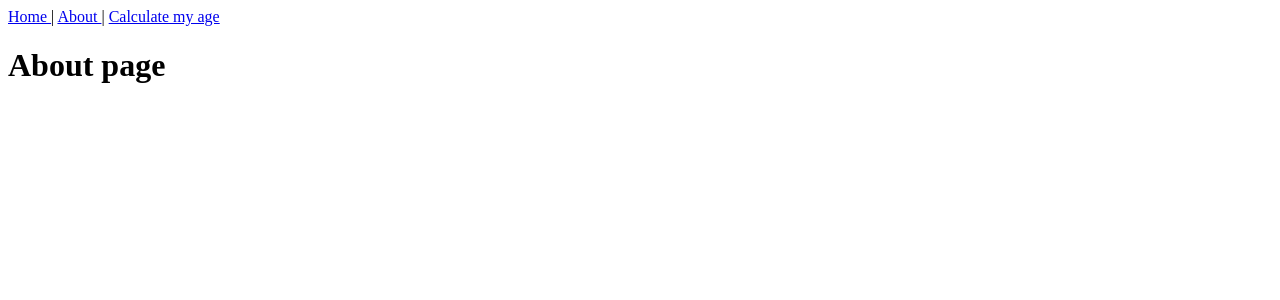
Repository: fahjan/routs-project
Page: http://localhost/about
These files come from the project's save history. The page is drawn as it stood at one moment and after the next save; the edit follows.
The browser window is 1280 px wide. The pictures show the whole page.
Some web fonts or font styles are not loaded; a fallback is used. The page is served by the project's Laravel application, run on PHP 8.4 with Laravel 12. Other server files are loaded and not shown.

Above is the page before, as saved 2025-12-24 09:04:21.

### routes/web.php
<?php

use Illuminate\Support\Facades\Route;

Route::get('/', function () {
    return view('welcome');
});

Route::get('about', function () {
    return view('about');
})->name('about');

Route::view('date_of_birth', 'date_of_birth_form')->name('date_of_birth_form');

### resources/views/about.blade.php
@extends('layouts.template')

@section('content')
    <h1>About page</h1>
@endsection

### resources/views/layouts/template.blade.php
<!DOCTYPE html>
<html lang="{{ str_replace('_', '-', app()->getLocale()) }}">

<head>
    <meta charset="utf-8">
    <meta name="viewport" content="width=device-width, initial-scale=1">

    <title>{{ config('app.name', 'Laravel') }}</title>

    <!-- Fonts -->
    <link rel="preconnect" href="https://fonts.bunny.net">
    <link href="https://fonts.bunny.net/css?family=instrument-sans:400,500,600" rel="stylesheet" />

    <!-- Styles / Scripts -->

</head>

<body
    class="bg-[#FDFDFC] dark:bg-[#0a0a0a] text-[#1b1b18] flex p-6 lg:p-8 items-center lg:justify-center min-h-screen flex-col">
    <header class="w-full lg:max-w-4xl max-w-[335px] text-sm mb-6 not-has-[nav]:hidden">
        <nav class="flex justify-between items-center">
            <a href="{{ url('/') }}" class="font-semibold text-lg">
                Home
            </a>
            |
            <a href="{{ route('about') }}" class="font-semibold text-lg">
                About
            </a>
            |
            <a href="{{ route('date_of_birth_form') }}" class="font-semibold text-lg">
                Calculate my age
            </a>

        </nav>
    </header>
    <div
        class="flex items-center justify-center w-full transition-opacity opacity-100 duration-750 lg:grow starting:opacity-0">
        <main class="flex max-w-[335px] w-full flex-col-reverse lg:max-w-4xl lg:flex-row">
            <div
                class="text-[13px] leading-[20px] flex-1 p-6 pb-12 lg:p-20 bg-white dark:bg-[#161615] dark:text-[#EDEDEC] shadow-[inset_0px_0px_0px_1px_rgba(26,26,0,0.16)] dark:shadow-[inset_0px_0px_0px_1px_#fffaed2d] rounded-bl-lg rounded-br-lg lg:rounded-tl-lg lg:rounded-br-none">

                @yield('content')
        </main>
    </div>

</body>

</html>

After the next save:
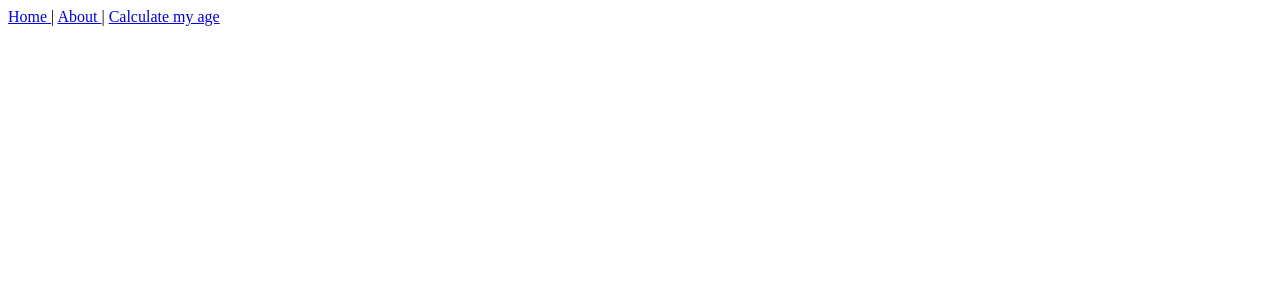
Saved 61 s later.
--- a/resources/views/layouts/template.blade.php
+++ b/resources/views/layouts/template.blade.php
@@ -39,7 +39,7 @@
             <div
                 class="text-[13px] leading-[20px] flex-1 p-6 pb-12 lg:p-20 bg-white dark:bg-[#161615] dark:text-[#EDEDEC] shadow-[inset_0px_0px_0px_1px_rgba(26,26,0,0.16)] dark:shadow-[inset_0px_0px_0px_1px_#fffaed2d] rounded-bl-lg rounded-br-lg lg:rounded-tl-lg lg:rounded-br-none">
 
-                @yield('content')
+
         </main>
     </div>
 

After the save that followed:
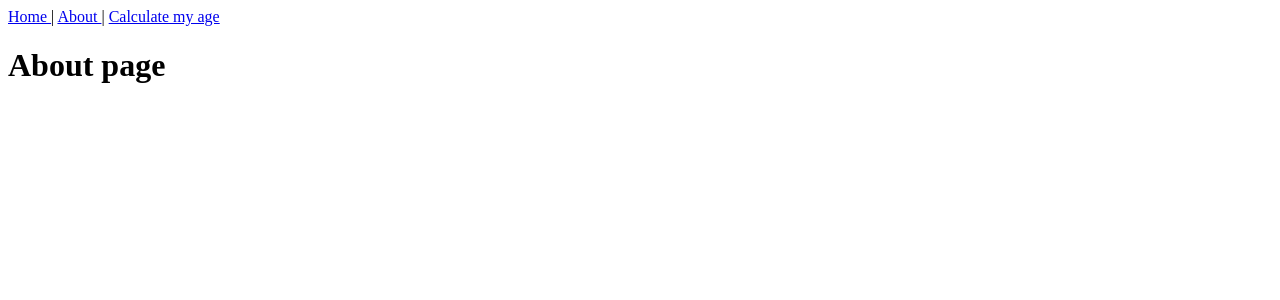
Saved 9 s later.
--- a/resources/views/layouts/template.blade.php
+++ b/resources/views/layouts/template.blade.php
@@ -39,7 +39,7 @@
             <div
                 class="text-[13px] leading-[20px] flex-1 p-6 pb-12 lg:p-20 bg-white dark:bg-[#161615] dark:text-[#EDEDEC] shadow-[inset_0px_0px_0px_1px_rgba(26,26,0,0.16)] dark:shadow-[inset_0px_0px_0px_1px_#fffaed2d] rounded-bl-lg rounded-br-lg lg:rounded-tl-lg lg:rounded-br-none">
 
-
+                @yield('content')
         </main>
     </div>
 
